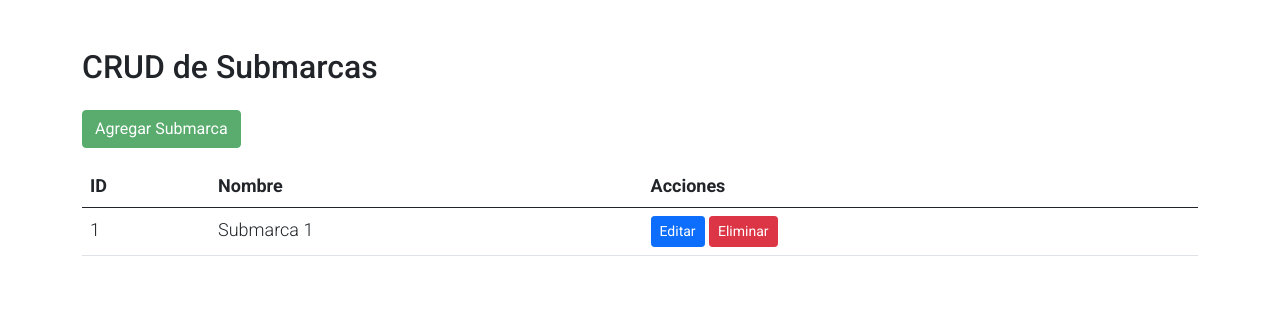
Repository: Yaqode/front-fama
Page: http://localhost/multimedia/Views/marcas.php
The author's editor kept a copy of each file at every save. The page is drawn from the files as they stood at one save, then again after a run of saves.
The browser window is 1280 px wide. The pictures show the whole page.
The page is run by PHP 8.4 with error messages shown; the project is at /var/www/html/.

Above is the page before, as saved 2023-12-06 20:53:39.

### Views/marcas.php
<!DOCTYPE html>
<html lang="es">
<head>
<meta charset="UTF-8">
    <meta name="viewport" content="width=device-width, initial-scale=1.0">
    <title>Marcas</title>
    <link rel="apple-touch-icon" href="img/apple-icon.png">
    <link rel="shortcut icon" type="image/x-icon" href="img/favicon.ico">
    <link rel="stylesheet" href="./../css/bootstrap.min.css">
    <link rel="stylesheet" href="./../css/templatemo.css">
    <link rel="stylesheet" href="./../css/style.css">
    <!-- Load fonts style after rendering the layout styles -->
    <link rel="stylesheet"
        href="https://fonts.googleapis.com/css2?family=Roboto:wght@100;200;300;400;500;700;900&display=swap">
    <link rel="stylesheet" href="./../css/fontawesome.min.css" >

</head>
<body>


<div class="container mt-5">
    <h2 class="mb-4">CRUD de Submarcas</h2>

    <!-- Botón para abrir el modal de agregar submarca -->
    <button type="button" class="btn btn-success mb-3" data-toggle="modal" data-target="#modalAgregarSubmarca">
        Agregar Submarca
    </button>

    <!-- Tabla para mostrar las submarcas -->
    <table class="table">
        <thead>
            <tr>
                <th>ID</th>
                <th>Nombre</th>
                <th>Acciones</th>
            </tr>
        </thead>
        <tbody>
            <!-- Aquí se agregarán las filas de submarcas dinámicamente desde el servidor -->
            <tr>
                <td>1</td>
                <td>Submarca 1</td>
                <td>
                    <!-- Botones para editar y eliminar cada submarca -->
                    <button type="button" class="btn btn-primary btn-sm" data-toggle="modal" data-target="#modalEditarSubmarca">
                        Editar
                    </button>
                    <button type="button" class="btn btn-danger btn-sm" data-toggle="modal" data-target="#modalEliminarSubmarca">
                        Eliminar
                    </button>
                </td>
            </tr>
        </tbody>
    </table>
</div>

<!-- Modal para agregar submarca -->
<div class="modal fade" id="modalAgregarSubmarca" tabindex="-1" role="dialog" aria-labelledby="modalAgregarSubmarcaLabel" aria-hidden="true">
    <!-- Contenido del modal aquí -->
</div>

<!-- Modal para editar submarca -->
<div class="modal fade" id="modalEditarSubmarca" tabindex="-1" role="dialog" aria-labelledby="modalEditarSubmarcaLabel" aria-hidden="true">
    <!-- Contenido del modal aquí -->
</div>

<!-- Modal para eliminar submarca -->
<div class="modal fade" id="modalEliminarSubmarca" tabindex="-1" role="dialog" aria-labelledby="modalEliminarSubmarcaLabel" aria-hidden="true">
    <!-- Contenido del modal aquí -->
</div>

<!-- Agrega los enlaces a Bootstrap JS y Popper.js -->
<script src="./../js/jquery-1.11.0.min.js"></script>
    <script src="./../js/jquery-migrate-1.2.1.min.js"></script>
    <script src="./../js/bootstrap.bundle.min.js"></script>
    <script src="./../js/templatemo.js"></script>
    <script src="./../js/custom.js"></script>


</body>
</html>

### css/templatemo.css
/*

TemplateMo 559 Zay Shop

https://templatemo.com/tm-559-zay-shop

---------------------------------------------
Table of contents
------------------------------------------------
1. Typography
2. General
3. Nav
4. Hero Carousel
5. Accordion
6. Shop
7. Product
8. Carousel Hero
9. Carousel Brand
10. Services
11. Contact map
12. Footer
13. Small devices (landscape phones, 576px and up)
14. Medium devices (tablets, 768px and up)
15. Large devices (desktops, 992px and up)
16. Extra large devices (large desktops, 1200px and up)
--------------------------------------------- */




/* Typography */
body, ul, li, p, a, label, input, div {
  font-family: 'Roboto', sans-serif;
  font-size: 18px !important;
  font-weight: 300 !important;
}
.h1 {
  font-family: 'Roboto', sans-serif;
  font-size: 48px !important;
  font-weight: 200 !important;
}
.h2 {
  font-family: 'Roboto', sans-serif;
  font-size: 30px !important;
  font-weight: 300;
}
.h3 {
  font-family: 'Roboto', sans-serif;
  font-size: 22px !important;
}
/* General */
.logo { font-weight: 500 !important;}
.text-warning {  color: #ede861 !important;}
.text-muted { color: #bcbcbc !important;}
.text-success { color: #59ab6e !important;}
.text-light { color: #cfd6e1 !important;}
.bg-dark { background-color: #212934 !important;}
.bg-light { background-color: #e9eef5 !important;}
.bg-black { background-color: #1d242d !important;}
.bg-success { background-color: #59ab6e !important;}
.btn-success {
  background-color: #59ab6e !important;
  border-color: #56ae6c !important;
}
.pagination .page-link:hover {color: #000;}
.pagination .page-link:hover, .pagination .page-link.active {
  background-color: #69bb7e;
  color: #fff;
}
/* Nav */
#templatemo_nav_top { min-height: 40px;}
#templatemo_nav_top * { font-size: .9em !important;}
#templatemo_main_nav a { color: #212934;}
#templatemo_main_nav a:hover { color: #69bb7e;}
#templatemo_main_nav .navbar .nav-icon { margin-right: 20px;}

/* Hero Carousel */
#template-mo-zay-hero-carousel { background: #efefef !important;}
/* Accordion */
.templatemo-accordion a { color: #000;}
.templatemo-accordion a:hover { color: #333d4a;}
/* Shop */
.shop-top-menu a:hover { color: #69bb7e !important;}
/* Product */
.product-wap { box-shadow: 0px 5px 10px 0px rgba(0, 0, 0, 0.10);}
.product-wap .product-color-dot.color-dot-red { background:#f71515;}
.product-wap .product-color-dot.color-dot-blue { background:#6db4fe;}
.product-wap .product-color-dot.color-dot-black { background:#000000;}
.product-wap .product-color-dot.color-dot-light { background:#e0e0e0;}
.product-wap .product-color-dot.color-dot-green { background:#0bff7e;}
.card.product-wap .card .product-overlay {
  background: rgba(0,0,0,.2);
  visibility: hidden;
  opacity: 0;
  transition: .3s;
}
.card.product-wap:hover .card .product-overlay {
  visibility: visible;
  opacity: 1;
}
.card.product-wap a { color: #000;}
#carousel-related-product .slick-slide:focus { outline: none !important;}
#carousel-related-product .slick-dots li button:before {
  font-size: 15px;
  margin-top: 20px;
}
/* Brand */
.brand-img {
  filter: grayscale(100%);
  opacity: 0.5;
  transition: .5s;
}
.brand-img:hover {
  filter: grayscale(0%);
  opacity: 1;
}
/* Carousel Hero */
#template-mo-zay-hero-carousel .carousel-indicators li {
  margin-top: -50px;
  background-color: #59ab6e;
}
#template-mo-zay-hero-carousel .carousel-control-next i,
#template-mo-zay-hero-carousel .carousel-control-prev i {
  color: #59ab6e !important;
  font-size: 2.8em !important;
}
/* Carousel Brand */
.tempaltemo-carousel .h1 {
  font-size: .5em !important;
  color: #000 !important;
}
/* Services */
.services-icon-wap {transition: .3s;}
.services-icon-wap:hover, .services-icon-wap:hover i {color: #fff;}
.services-icon-wap:hover {background: #69bb7e;}
/* Contact map */
.leaflet-control a, .leaflet-control { font-size: 10px !important;}
.form-control { border: 1px solid #e8e8e8;}
/* Footer */
#tempaltemo_footer a { color: #dcdde1;}
#tempaltemo_footer a:hover { color: #68bb7d;}
#tempaltemo_footer ul.footer-link-list li { padding-top: 10px;}
#tempaltemo_footer ul.footer-icons li {
  width: 2.6em;
  height: 2.6em;
  line-height: 2.6em;
}
#tempaltemo_footer ul.footer-icons li:hover {
  background-color: #cfd6e1;
  transition: .5s;
}
#tempaltemo_footer ul.footer-icons li:hover i {
  color: #212934;
  transition: .5s;
}
#tempaltemo_footer .border-light { border-color: #2d343f !important;}
/*
// Extra small devices (portrait phones, less than 576px)
// No media query since this is the default in Bootstrap
*/
/* Small devices (landscape phones, 576px and up)*/
.product-wap .h3, .product-wap li, .product-wap i, .product-wap p {
  font-size: 12px !important;
}
.product-wap .product-color-dot {
  width: 6px;
  height: 6px;
}

@media (min-width: 576px) {
  .tempaltemo-carousel .h1 { font-size: 1em !important;}
}

/*// Medium devices (tablets, 768px and up)*/
@media (min-width: 768px) {
  #templatemo_main_nav .navbar-nav {max-width: 450px;}
 }

/* Large devices (desktops, 992px and up)*/
@media (min-width: 992px) {
  #templatemo_main_nav .navbar-nav {max-width: 550px;}
  #template-mo-zay-hero-carousel .carousel-item {min-height: 30rem !important;}
  .product-wap .h3, .product-wap li, .product-wap i, .product-wap p {font-size: 18px !important;}
  .product-wap .product-color-dot {
    width: 12px;
    height: 12px;
  }
}

/* Extra large devices (large desktops, 1200px and up)*/
@media (min-width: 1200px) {}

Loaded but not shown: css/bootstrap.min.css (library); css/fontawesome.min.css (library); js/jquery-1.11.0.min.js (library); js/jquery-migrate-1.2.1.min.js (library); js/bootstrap.bundle.min.js (library); js/templatemo.js (57 lines, source omitted); css/style.css (1719 lines, source omitted); multimedia/js/custom.js (no stored copy; drawn as an empty file)

After the next 3 saves:
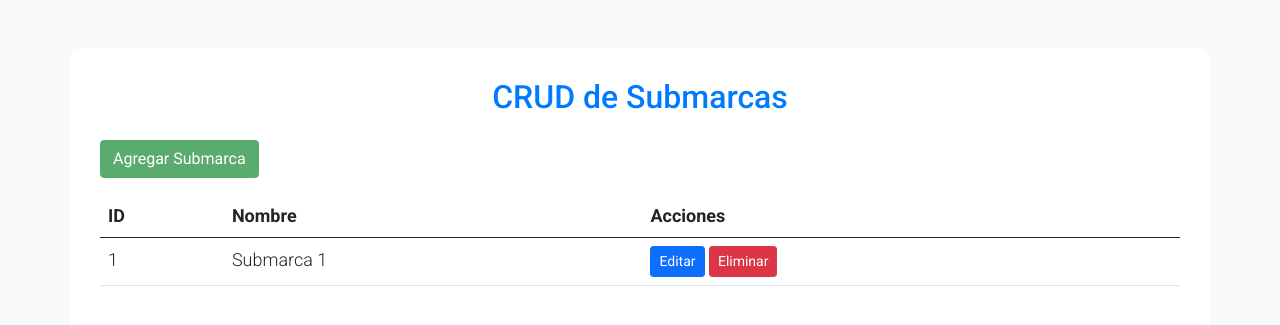
The 3 saves are shown as one change because they came seconds apart.
The last was saved 7 s later.
--- a/Views/marcas.php
+++ b/Views/marcas.php
@@ -15,6 +15,35 @@
     <link rel="stylesheet" href="./../css/fontawesome.min.css" >
 
 </head>
+
+<style>
+        body {
+            background-color: #f8f9fa;
+        }
+
+        .container {
+            margin-top: 50px;
+            background-color: #ffffff;
+            padding: 30px;
+            border-radius: 10px;
+        }
+
+        h2 {
+            text-align: center;
+            color: #007bff;
+        }
+
+        .btn-agregar {
+            background-color: #28a745;
+            color: #ffffff;
+        }
+
+        .btn-editar, .btn-eliminar {
+            background-color: #ffc107;
+            color: #212529;
+        }
+    </style>
+
 <body>
 
 
